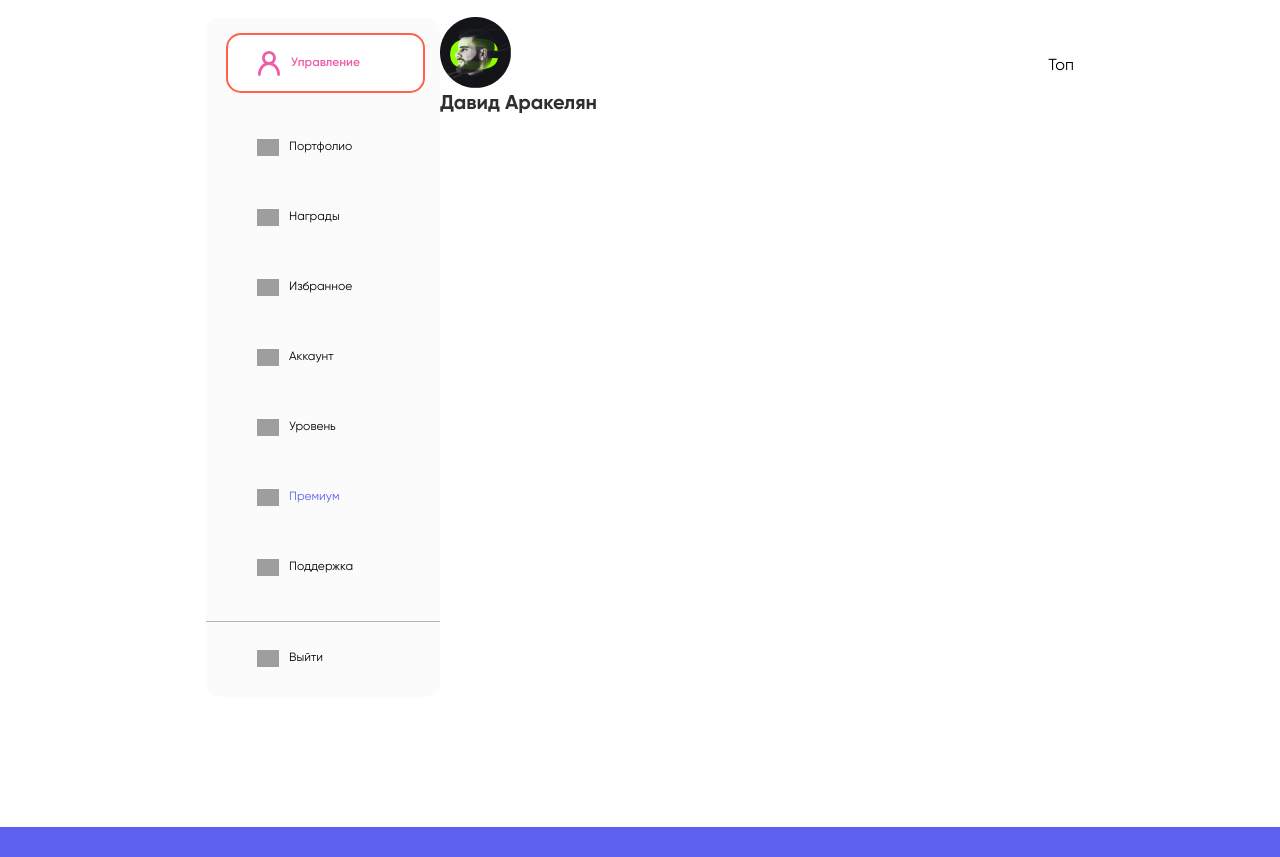
Repository: alexboagreek/selfmade
Page: index.html
The author's editor kept a copy of each file at every save. The page is drawn from the files as they stood at one save, then again after the next save.
The browser window is 1280 px wide. The pictures show the part of the page from y = 353 to 1210 px (the page is 1719 px tall).
Pictures or frames that could not be fetched are drawn as grey boxes. A picture or video elsewhere on the page could not be fetched, so the positions and the page height are approximate.

Above is the page before, as saved 2022-12-13 12:19:46.

After the next save:
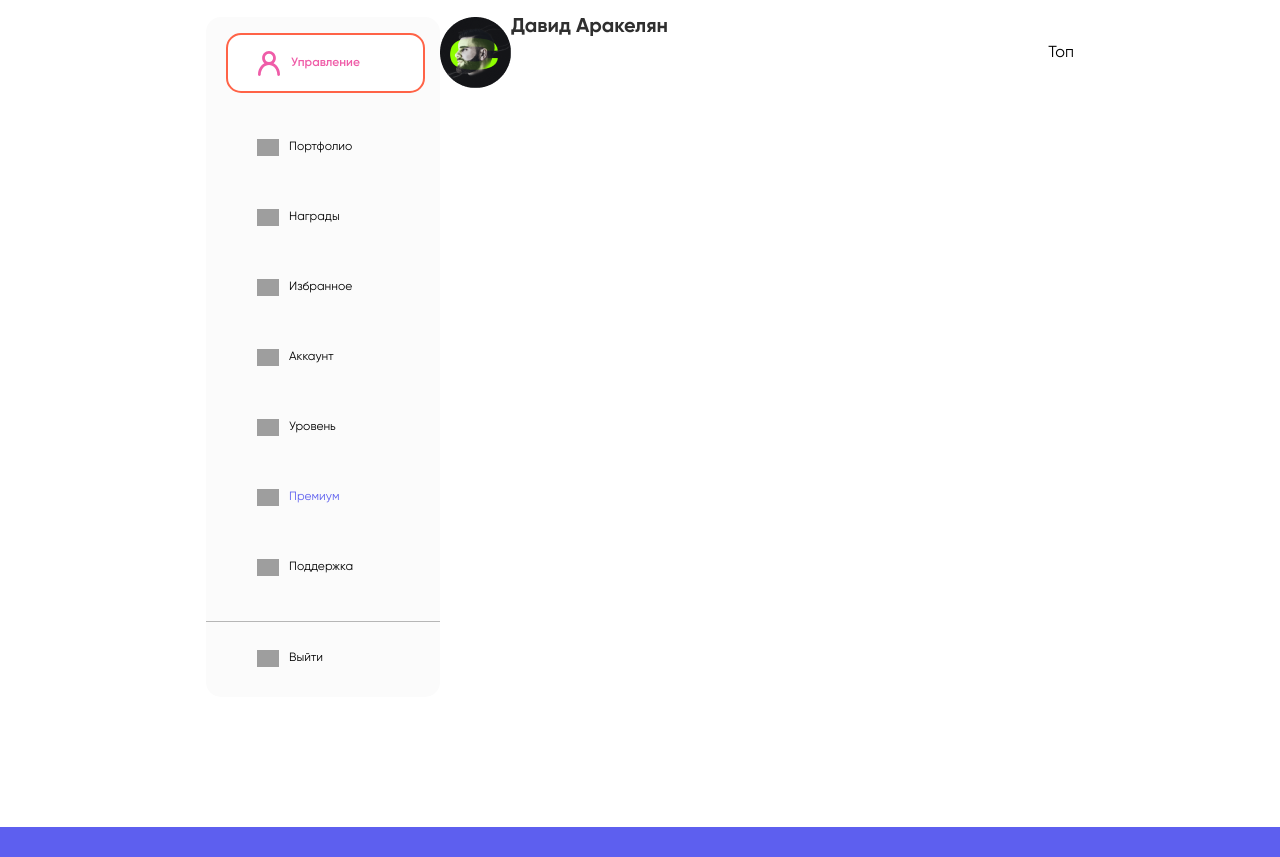
Saved 20 s later.
--- a/css/interface.css
+++ b/css/interface.css
@@ -6,6 +6,9 @@
     justify-content: space-between;
     align-items: center;
 }
+.user__info {
+    display: flex;
+}
 
 .interface__text {
     font-weight: 700;
